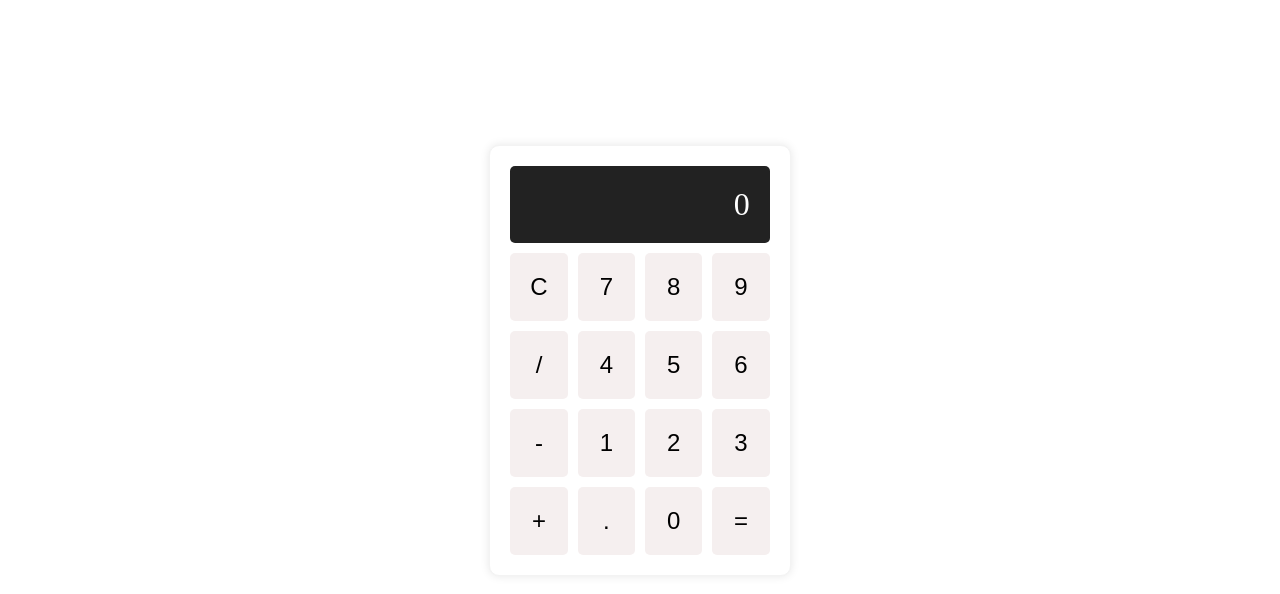
Repository: alizey12/calculator
Page: index.html
An editor plug-in stored every save of this project. The page is shown before and after the next save, followed by the edit.
The browser window is 1280 px wide. The pictures show the whole page.

Above is the page before, as saved 2024-11-23 18:49:27.

After the next save:
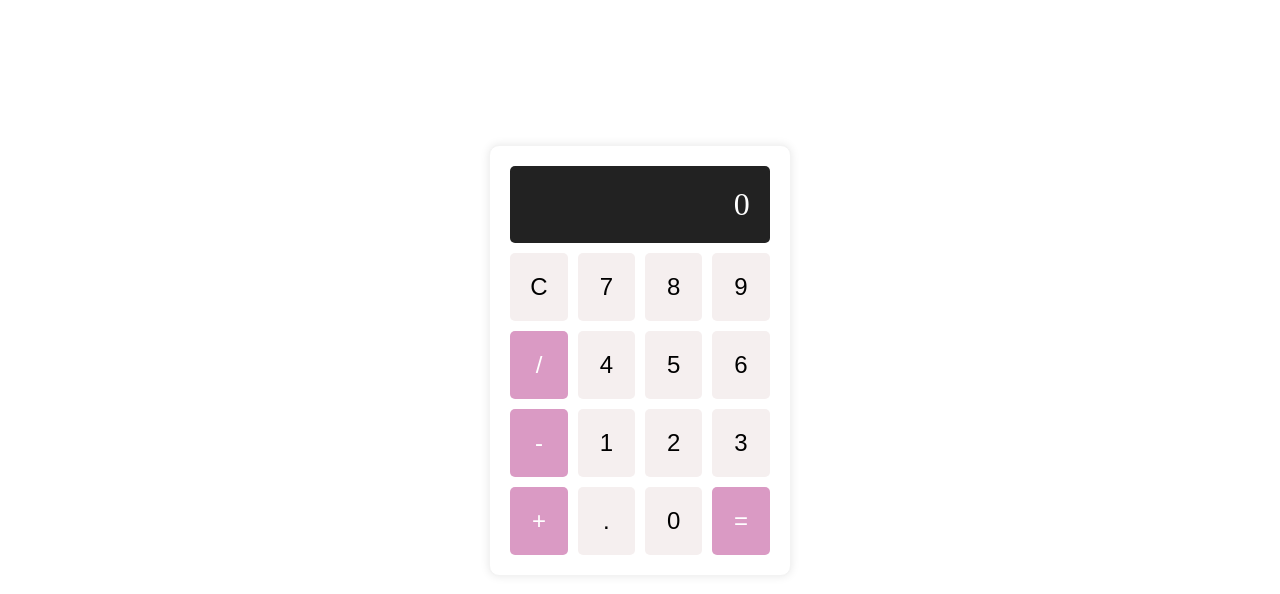
Saved 15 s later.
--- a/styles.css
+++ b/styles.css
@@ -41,12 +41,12 @@ body {
     cursor: pointer;
 }
 
-/*.btn.operator {
+.btn.operator {
     background-color: #da9ac4;
     color: #fff;
 }
 
-.btn#clear {
+/*.btn#clear {
     background-color: #ff3b30;
     color: #fff;
 }
